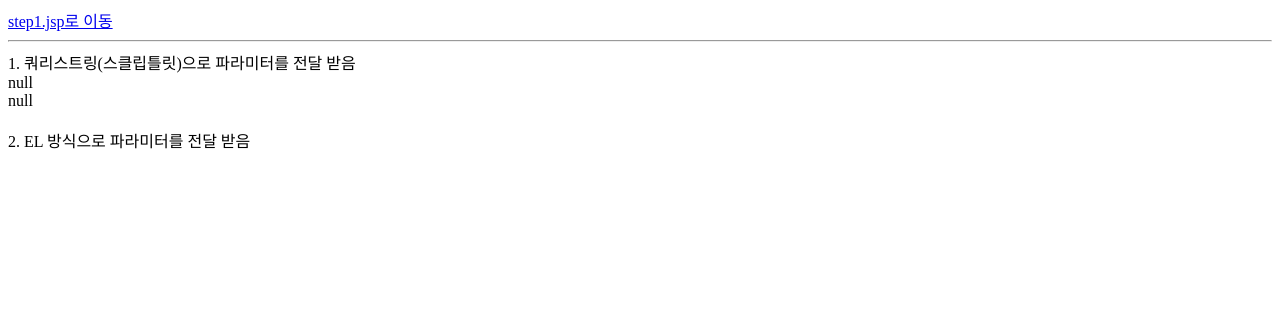
Repository: dhalfks/jsp
Page: http://localhost/web_study/step2.jsp
An editor plug-in stored every save of this project. The page is shown before and after the next save, followed by the edit.
The browser window is 1280 px wide. The pictures show the whole page.
The page is served by Tomcat 9.

Above is the page before, as saved 2022-08-16 03:11:46.

After the next save:
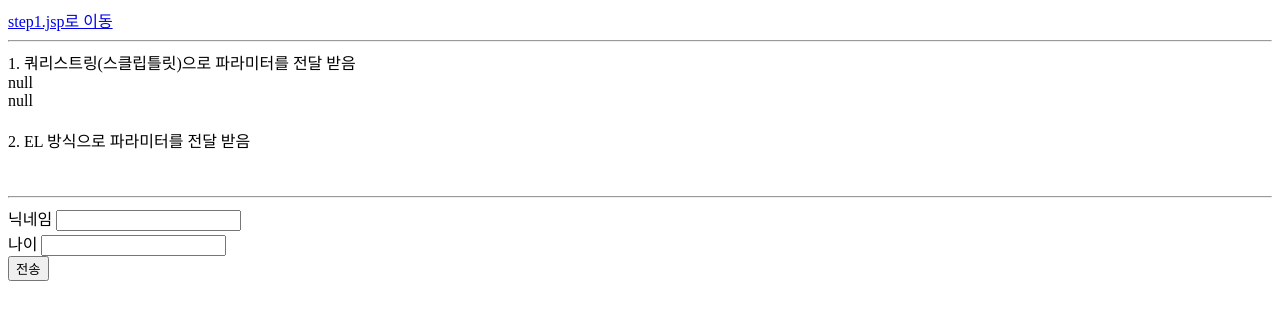
Saved 5 min 9 s later.
--- a/_jspworkspace(jstl)/web_study/src/main/webapp/step2.jsp
+++ b/_jspworkspace(jstl)/web_study/src/main/webapp/step2.jsp
@@ -18,6 +18,12 @@
 	${param.name }<br>
 	${param.address }<br>
 
+	<hr>
+	<form action="step2_1.jsp">
+		닉네임 <input type="text" name="nick"> <br>
+		나이 <input type="text" name="age"><br>
+		<button type="submit">전송</button>
+	</form>
 
 
 </body>
